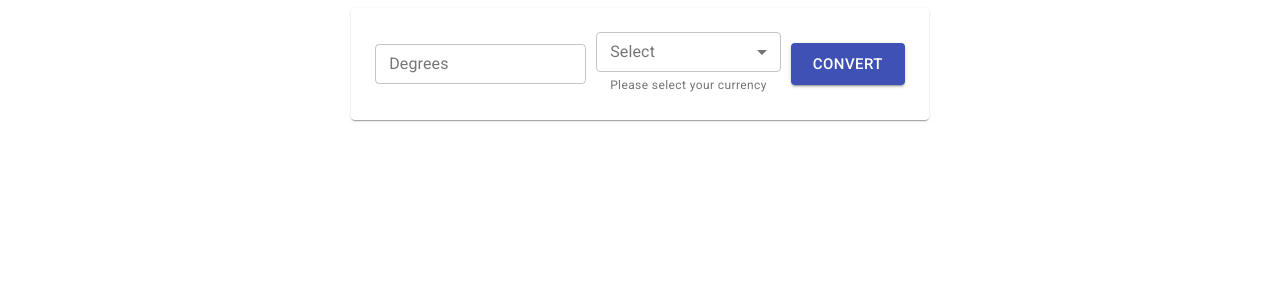
Repository: zum281/temperature-converter
Page: /
The author's editor kept a copy of each file at every save. The page is drawn from the files as they stood at one save, then again after the next save.
The browser window is 1280 px wide. The pictures show the whole page.
The project was rebuilt for these pictures with package versions that can differ from the ones it lists, and the page was loaded fresh each time. Also part of the build but not shown: src/index.css.

Above is the page before, as saved 2021-07-09 13:40:07.

### public/index.html
<!DOCTYPE html>
<html lang="en">

  <head>
    <meta charset="utf-8" />
    <link rel="icon" href="%PUBLIC_URL%/favicon.ico" />
    <meta name="viewport" content="width=device-width, initial-scale=1" />
    <meta name="theme-color" content="#000000" />
    <meta name="description" content="Web site created using create-react-app" />
    <link rel="apple-touch-icon" href="%PUBLIC_URL%/logo192.png" />
    <!--
      manifest.json provides metadata used when your web app is installed on a
      user's mobile device or desktop. See https://developers.google.com/web/fundamentals/web-app-manifest/
    -->
    <link rel="manifest" href="%PUBLIC_URL%/manifest.json" />
    <!--
      Notice the use of %PUBLIC_URL% in the tags above.
      It will be replaced with the URL of the `public` folder during the build.
      Only files inside the `public` folder can be referenced from the HTML.

      Unlike "/favicon.ico" or "favicon.ico", "%PUBLIC_URL%/favicon.ico" will
      work correctly both with client-side routing and a non-root public URL.
      Learn how to configure a non-root public URL by running `npm run build`.
    -->
    <link rel="stylesheet" href="https://fonts.googleapis.com/css?family=Roboto:300,400,500,700&display=swap" />
    <title>Temperature Converter</title>
  </head>

  <body>
    <noscript>You need to enable JavaScript to run this app.</noscript>
    <div id="root"></div>
    <!--
      This HTML file is a template.
      If you open it directly in the browser, you will see an empty page.

      You can add webfonts, meta tags, or analytics to this file.
      The build step will place the bundled scripts into the <body> tag.

      To begin the development, run `npm start` or `yarn start`.
      To create a production bundle, use `npm run build` or `yarn build`.
    -->
  </body>

</html>

### src/App.js
import { makeStyles } from "@material-ui/core/styles";
import { Paper, Button, TextField } from "@material-ui/core";

const useStyles = makeStyles((theme) => {
    return {
        root: {
            display: "flex",
            alignItems: "center",
            justifyContent: "center",
        },
        paper: {
            padding: theme.spacing(3),
            maxWidth: "600px",
        },
        form: {
            display: "flex",
            alignItems: "center",
            justifyContent: "center",
            gap: "10px",
        },
    };
});

function App() {
    const classes = useStyles();
    return (
        <div className={classes.root}>
            <Paper className={classes.paper}>
                <form noValidate autoComplete="off" className={classes.form}>
                    <TextField
                        type="number"
                        size="small"
                        variant="outlined"
                        label="Degrees"
                    />

                    <TextField
                        id="outlined-select-currency"
                        select
                        label="Select"
                        // value={}
                        // onChange={}
                        helperText="Please select your currency"
                        variant="outlined"
                        size="small"
                    >
                        {/* {currencies.map((option) => (
            <MenuItem key={option.value} value={option.value}>
              {option.label}
            </MenuItem>
          ))} */}
                    </TextField>

                    <Button variant="contained" color="primary" size="large">
                        convert
                    </Button>
                </form>
            </Paper>
        </div>
    );
}

export default App;

Loaded but not shown: src/index.js (common file); src/index.css (no copy from this time; the picture is the same without it)

After the next save:
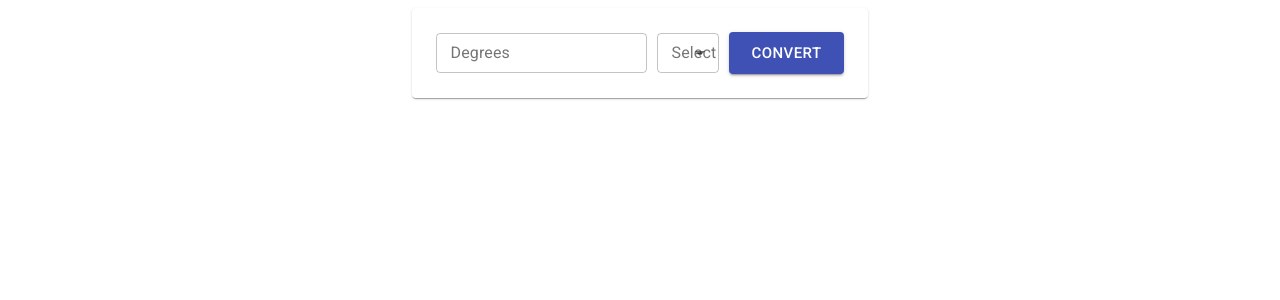
Saved 8 s later.
--- a/src/App.js
+++ b/src/App.js
@@ -35,12 +35,11 @@ function App() {
                     />
 
                     <TextField
-                        id="outlined-select-currency"
                         select
                         label="Select"
                         // value={}
                         // onChange={}
-                        helperText="Please select your currency"
+
                         variant="outlined"
                         size="small"
                     >
